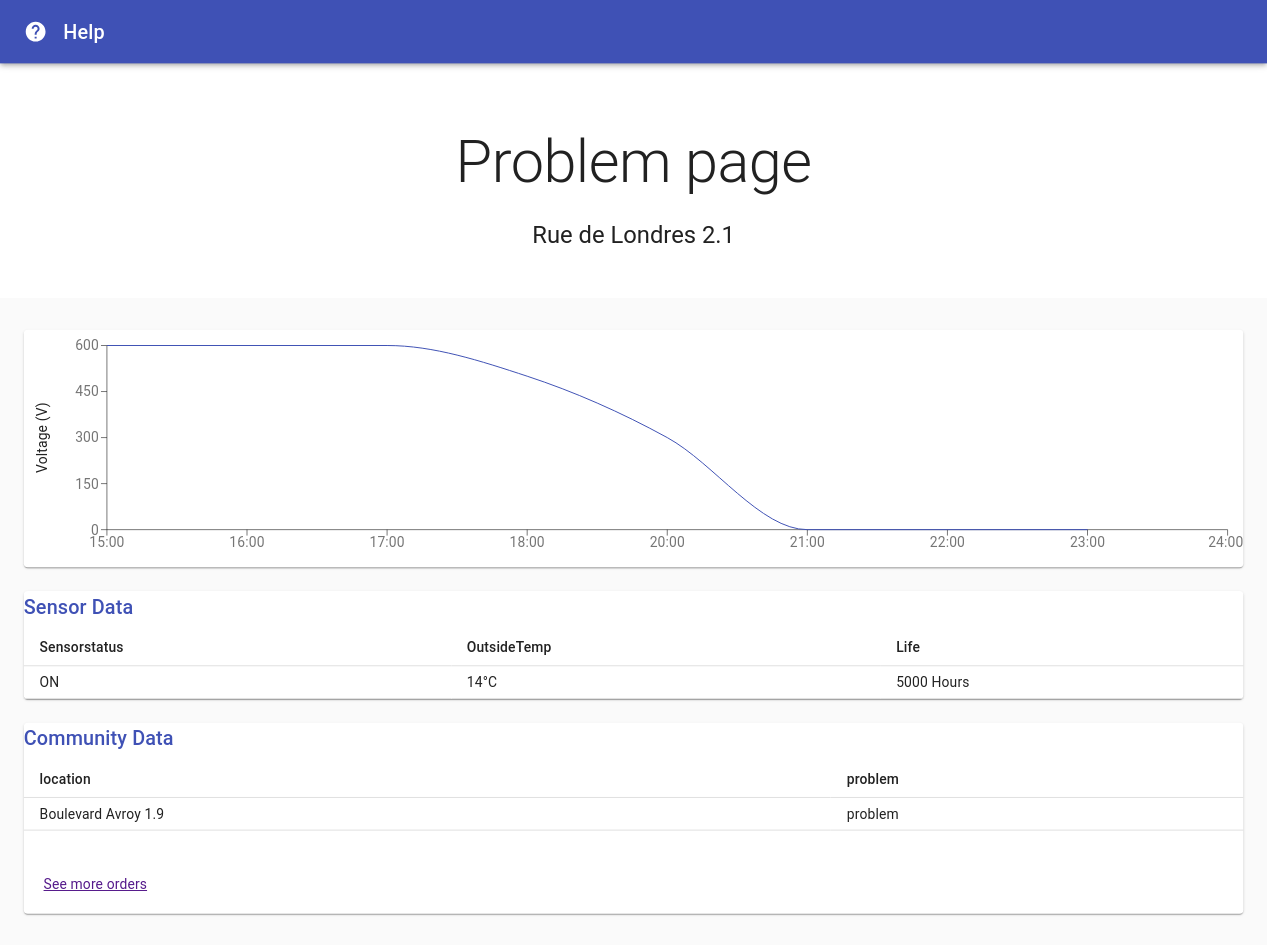
Repository: sapbrussels/intelligenthighway_webapp
Page: /Problempage (app in router/)
An editor plug-in stored every save of this project. The page is shown before and after the next save, followed by the edit.
The browser window is 1280 px wide. The pictures show the whole page, at 99% of full size.
The project was rebuilt for these pictures with package versions that can differ from the ones it lists, and the page was loaded fresh each time. Also part of the build but not shown: router/src/App.css, router/src/Login.js, router/src/Maps.js, router/src/Jobspage.js, router/src/Direction.js, router/src/Maintenance.js, router/src/Help.js.

Above is the page before, as saved 2020-03-31 15:34:30.

After the next save:
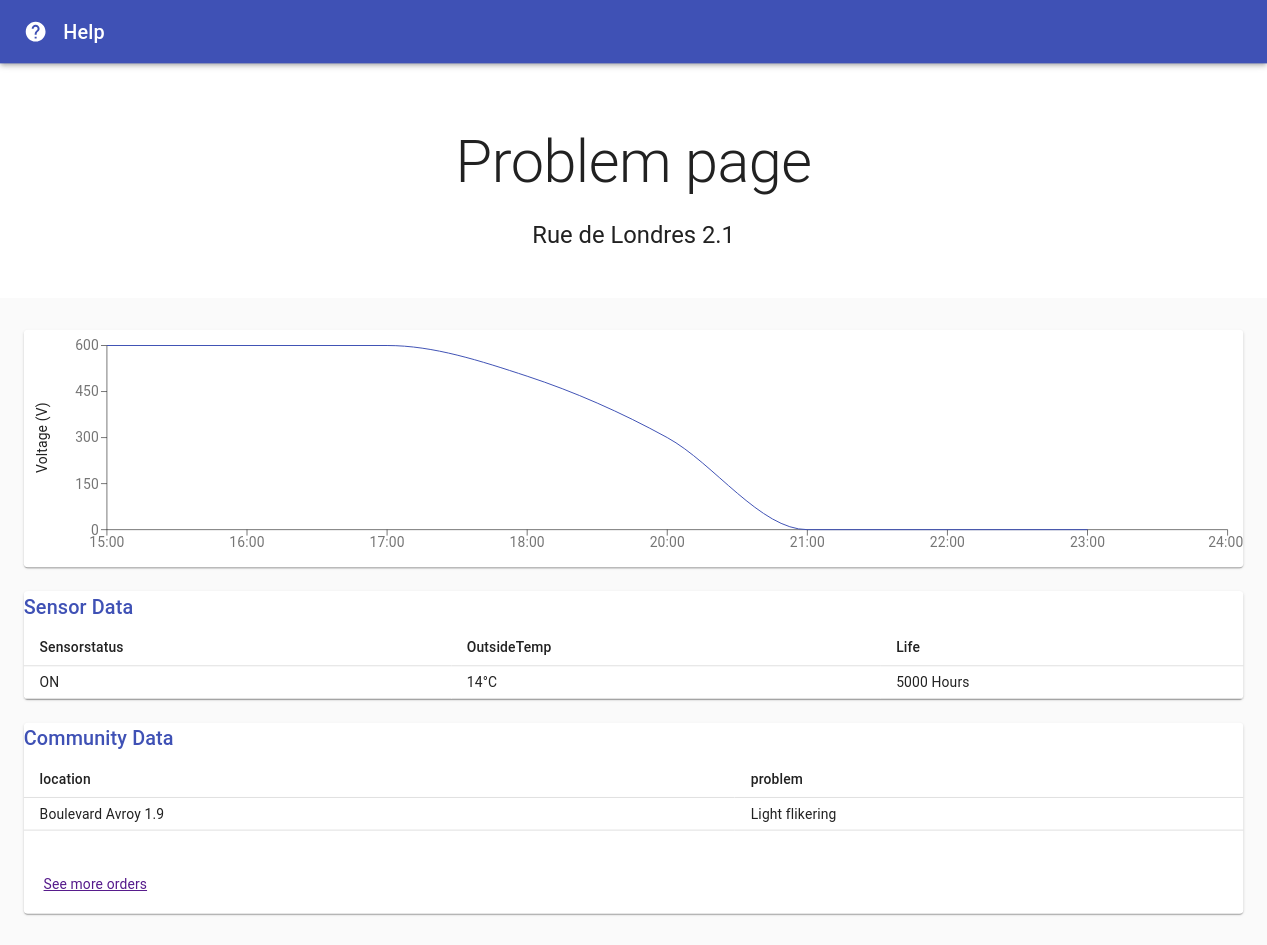
Saved 15 s later.
--- a/router/src/CommunityData.js
+++ b/router/src/CommunityData.js
@@ -14,7 +14,7 @@ function createData(id, location, problem) {
 }
 
 const rows = [
-    createData(0, 'Boulevard Avroy 1.9', 'problem'),
+    createData(0, 'Boulevard Avroy 1.9', 'Light flikering'),
 ]
 
 function preventDefault(event) {
